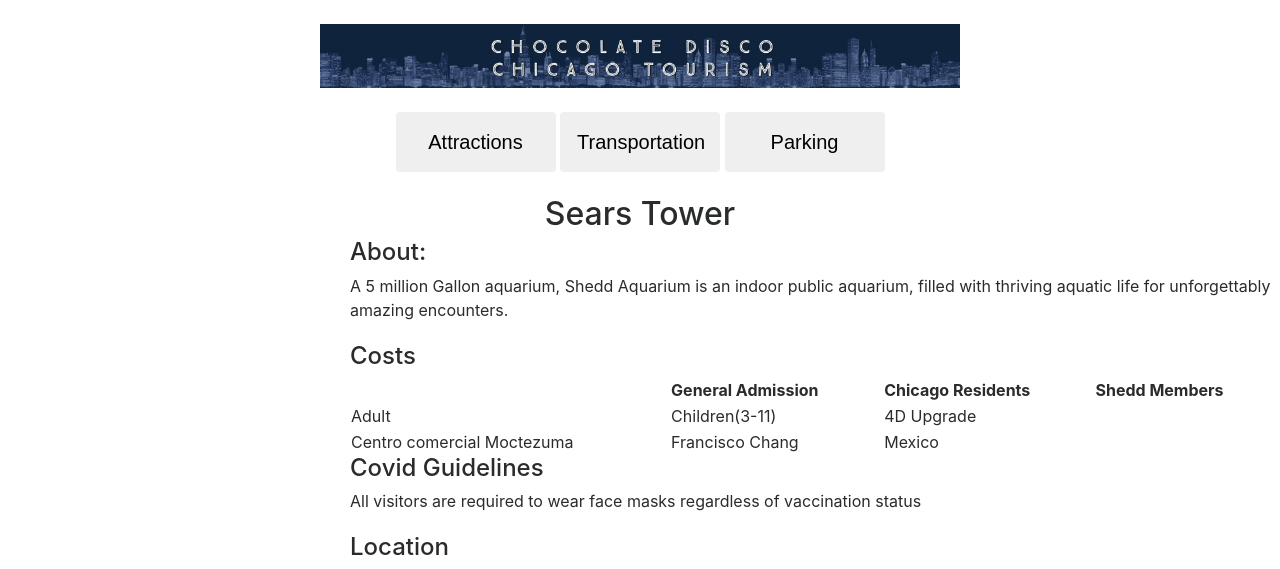
Repository: rkodit2/cs422project
Page: sheddAquarium.html
The author's editor kept a copy of each file at every save. The page is drawn from the files as they stood at one save, then again after the next save.
The browser window is 1280 px wide. The pictures show the part of the page from y = 0 to 569 px (the page is 1069 px tall before and 1095 px after).
Pictures or frames that could not be fetched are drawn as grey boxes.

Above is the page before, as saved 2021-11-03 19:38:07.

### sheddAquarium.html
<!DOCTYPE html>
<html>
<head>
    <title>Chocolate Disco Chicago Tourism</title>
    <link rel="stylesheet" href=
    "https://maxcdn.bootstrapcdn.com/bootstrap/4.0.0-alpha.6/css/bootstrap.css">
    <link rel="stylesheet" href="homepage.css">
</head>
<body>
    <br>
    <div id="banner">
      <img src="pictures/banner3.jpg" alt="mainpage banner" class = "center" onclick="location.href='homepage.html';">
    </div>

    <br>
    <div class= "button-center">
        <button type ="button" id="Attractions" class="btn" onclick="location.href='attractions.html';" style="width: 160px; height: 60px; font-size: 20px;"> Attractions </button>
        <button type ="button" id="Transportation" class="btn" onclick="location.href='transportation.html';" style="width: 160px; height: 60px; font-size: 20px"> Transportation </button>
        <button type ="button" id="Parking" class="btn" onclick="location.href='parking.html';" style="width: 160px; height: 60px; font-size: 20px;"> Parking </button>
    </div>
    <br>
    <h2 style="text-align: center;"> Sears Tower </h2>
    <div style = "padding-left: 350px; padding-bottom: 50px;">
        <h4>About:</h4>
        <p style="padding-bottom: 5px;">A 5 million Gallon aquarium, Shedd Aquarium is an indoor public aquarium,
            filled with thriving aquatic life for unforgettably amazing encounters.</p>


        <h4>Costs</h4>

        <table style="width: 100%;">
            <tr>
              <th> </th>
              <th>General Admission</th>
              <th>Chicago Residents</th>
              <th>Shedd Members</th>
            </tr>
            <tr>
              <td>Adult</td>
              <td>Children(3-11) </td>
              <td>4D Upgrade</td>
            </tr>
            <tr>
              <td>Centro comercial Moctezuma</td>
              <td>Francisco Chang</td>
              <td>Mexico</td>
            </tr>
          </table>



        <!--
        <p style="padding-bottom: 5px;"> Costs vary based residency: <br>
            Adult (Ages 12+): $39.95 or $19.95 <br>
            Youth (Ages 3-11): $29.95 or $14.95 <br>
            Members and Children under 3 are free!</p>
        -->
        <h4>Covid Guidelines</h4>
        <p style="padding-bottom: 5px;">All visitors are required to wear face masks regardless of vaccination status</p>


        <h4>Location</h4>
        <div class="gmap">
            <iframe src="https://www.google.com/maps/embed?pb=!1m18!1m12!1m3!1d30639.048300504415!2d-87.6554890462532!3d41.872478212615796!2m3!1f0!2f0!3f0!3m2!1i1024!2i768!4f13.1!3m3!1m2!1s0x880e2cbee269fbbb%3A0x10f6dce5eb88c7d!2sWillis%20Tower!5e0!3m2!1sen!2sus!4v1635904921765!5m2!1sen!2sus" width="600" height="450" style="border:0;" allowfullscreen="" loading="lazy"></iframe>
            <p style="padding-left: 20px; padding-top: 150px; font-size: 20px;">
               223 S Wacker Dr <br>
               Chicago, IL 60606
               <br>
               <br>
               <a href="https://www.willistower.com/" target="_blank">Sears Tower Main Website</a>
            </p>

        </div>
    </div>

</body>
</html>

### homepage.css
.button-center {
    text-align: center;
  }

.viewMore {
    display: flex;
    vertical-align: middle;
}
.center {
  display: block;
  margin-left: auto;
  margin-right: auto;
  width: 50%;
}
.gmap{
  display: flex;
  vertical-align: middle;
}

After the next save:
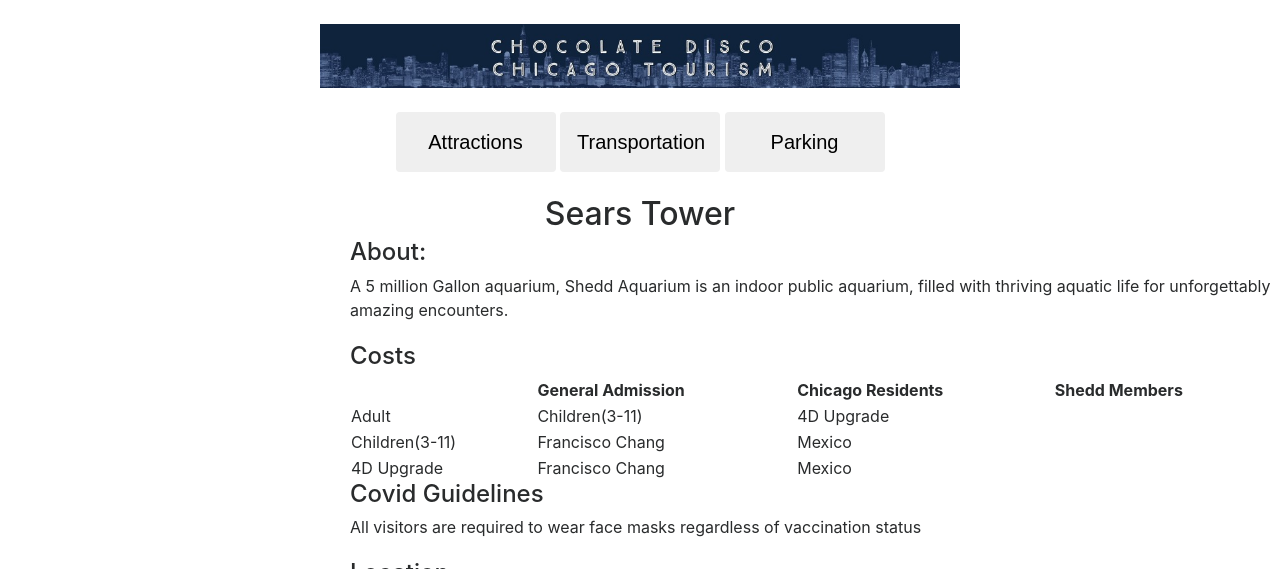
Saved 40 s later.
--- a/sheddAquarium.html
+++ b/sheddAquarium.html
@@ -41,10 +41,15 @@
               <td>4D Upgrade</td>
             </tr>
             <tr>
-              <td>Centro comercial Moctezuma</td>
+              <td>Children(3-11)</td>
               <td>Francisco Chang</td>
               <td>Mexico</td>
             </tr>
+            <tr>
+                <td>4D Upgrade</td>
+                <td>Francisco Chang</td>
+                <td>Mexico</td>
+              </tr>
           </table>
 
 
